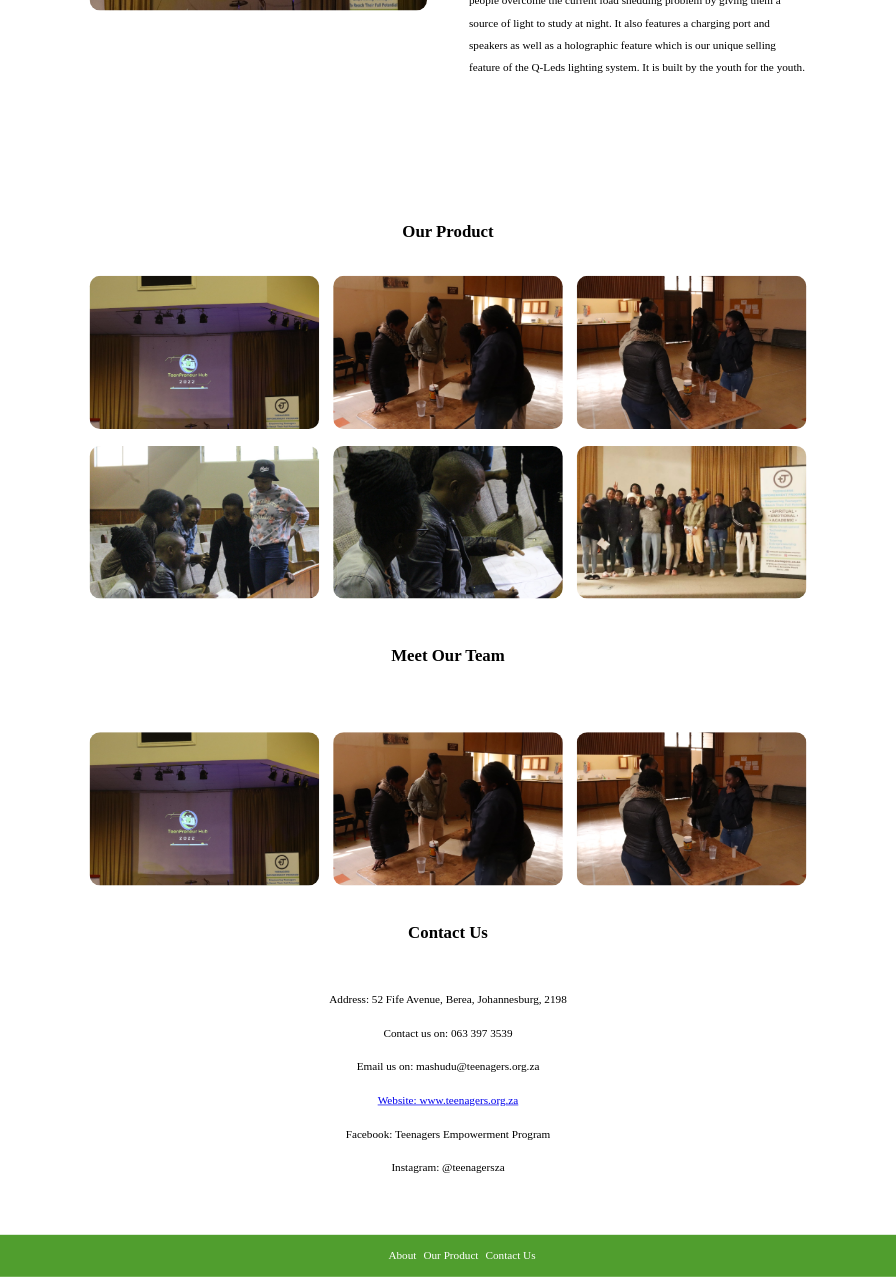
Repository: chadrackkyungu/4-BCT-TPH-Website
Page: index.html
These files come from the project's save history. The page is drawn as it stood at one moment and after the next save; the edit follows.
The browser window is 1280 px wide. The pictures show the part of the page from y = 1600 to 3520 px (the page is 3424 px tall before and 3520 px after), at 70% of full size.

Above is the page before, as saved 2022-10-21 09:38:54.

After the next save:
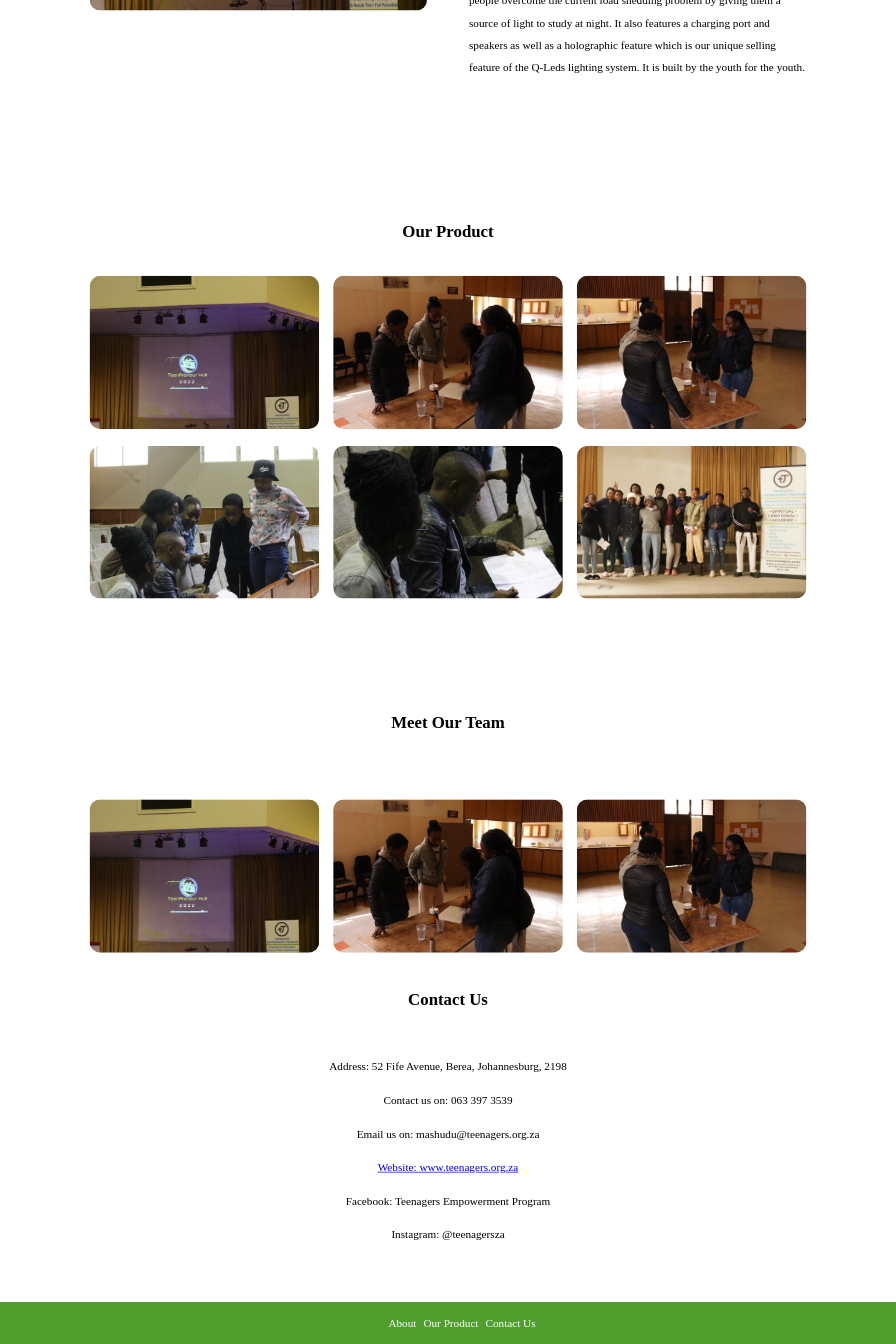
Saved 6 s later.
--- a/src/css/style.css
+++ b/src/css/style.css
@@ -86,7 +86,7 @@
     display: grid;
     grid-template-columns: 1fr 1fr 1fr;
     gap: 20px;
-    margin-bottom: 4em;
+    margin-bottom: 10em;
 }
 
 .teamcontainer {
